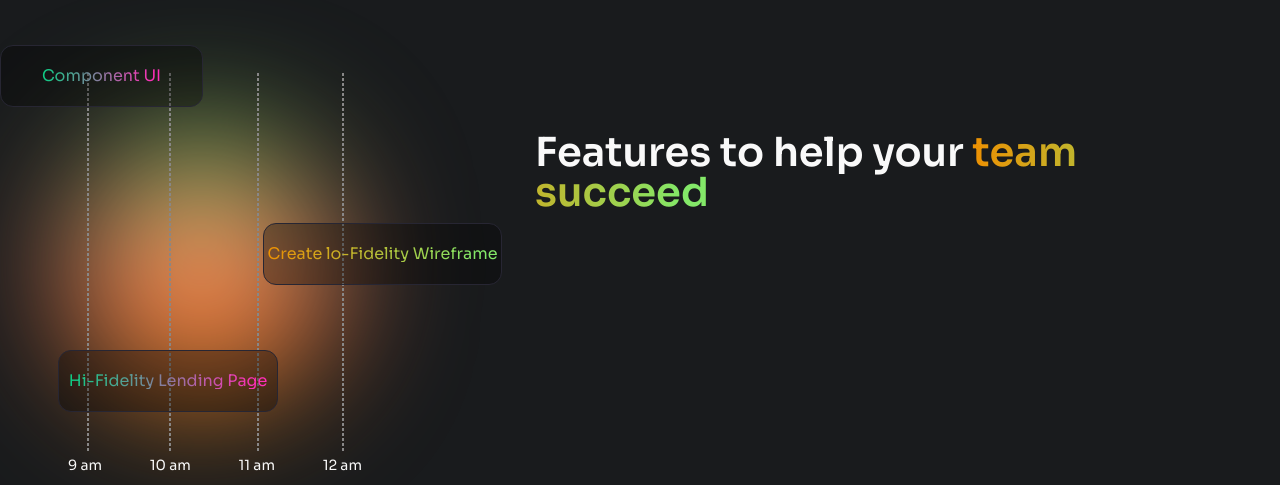
Repository: anhthiethumg/Task_Managerment_Website
Page: index.html
An editor plug-in stored every save of this project. The page is shown before and after the next save, followed by the edit.
The browser window is 1280 px wide. The pictures show the part of the page from y = 2400 to 2885 px (the page is 2885 px tall).
A picture or video elsewhere on the page could not be fetched, so the positions and the page height are approximate.

Above is the page before, as saved 2023-07-31 09:00:32.

After the next save:
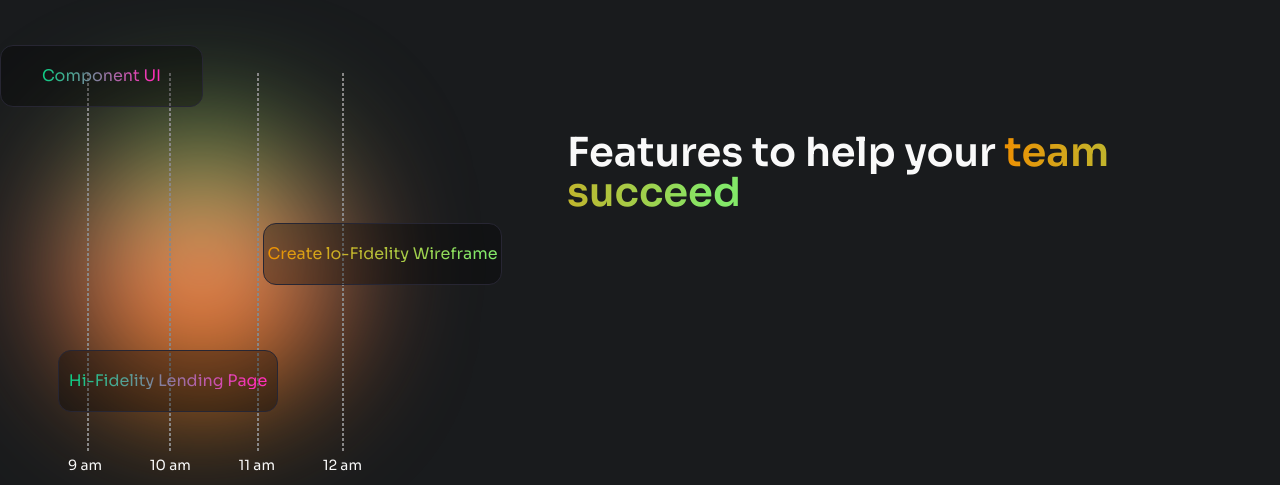
Saved 13 s later.
--- a/assets/css/styles.css
+++ b/assets/css/styles.css
@@ -628,7 +628,7 @@ a {
 
 .feature__meida {
   position: relative;
-  margin-right: 200px;
+  margin-right: 232px;
 }
 .shape--blur {
   width: 267px;
